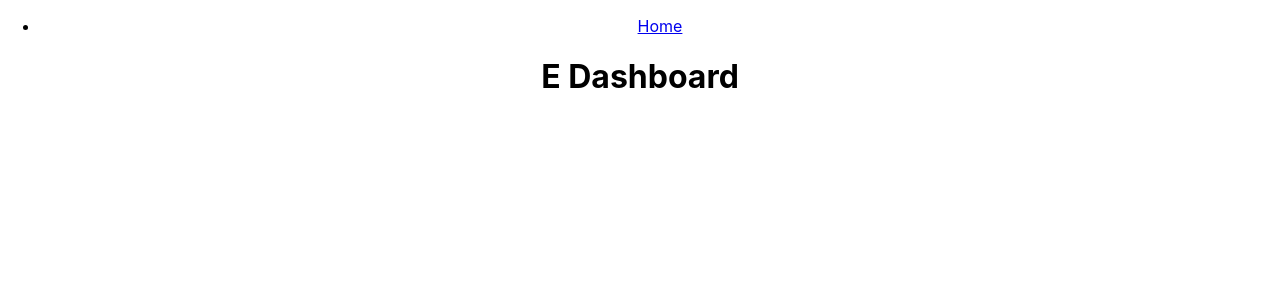
Repository: ShahbazGurmani/react-code-e-dashboard
Page: /add
An editor plug-in stored every save of this project. The page is shown before and after the next save, followed by the edit.
The browser window is 1280 px wide. The pictures show the whole page.
The project was rebuilt for these pictures with package versions that can differ from the ones it lists, and the page was loaded fresh each time.

Above is the page before, as saved 2023-08-23 00:54:55.

### src/App.js

import './App.css';
import Nav from './Nav';
import { BrowserRouter } from 'react-router-dom';

function App() {
  return (
    <div className="App">
      <BrowserRouter>
        <Nav/>
        <h1>E Dashboard</h1>
        </BrowserRouter>
    </div>
  );
}

export default App;

### src/Nav.js
import React from "react";
import { Link } from "react-router-dom";

const Nav = ()=>{
    return(
        <div>
            <ul>
               <li><Link to="/">Home</Link></li>
            </ul>
        </div>
    )

}

export default Nav;

Loaded but not shown: public/index.html (common file); src/index.js (common file); src/index.css (common file); src/reportWebVitals.js (common file); src/App.css (common file)

After the next save:
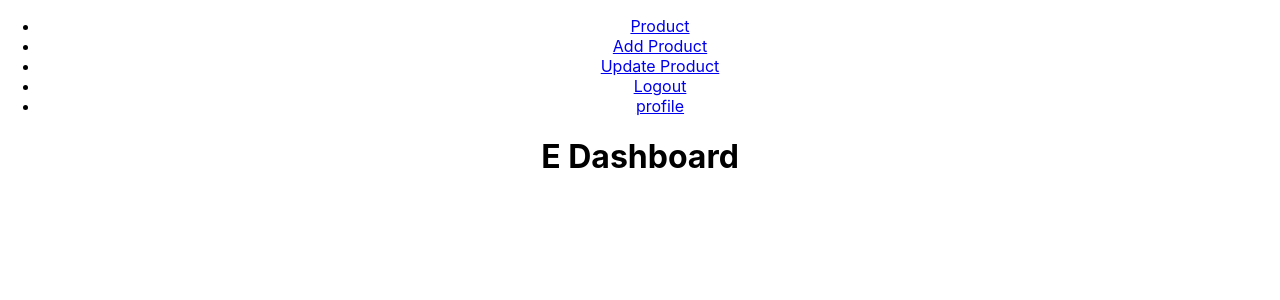
Saved 5 min 0 s later.
--- a/src/Nav.js
+++ b/src/Nav.js
@@ -4,8 +4,12 @@ import { Link } from "react-router-dom";
 const Nav = ()=>{
     return(
         <div>
-            <ul>
-               <li><Link to="/">Home</Link></li>
+            <ul className="nav-ul">
+               <li><Link to="/">Product</Link></li>
+               <li><Link to="/add">Add Product</Link></li>
+               <li><Link to="/updatte">Update Product</Link></li>
+               <li><Link to="/logout">Logout</Link></li>
+               <li><Link to="/profile">profile</Link></li>
             </ul>
         </div>
     )
